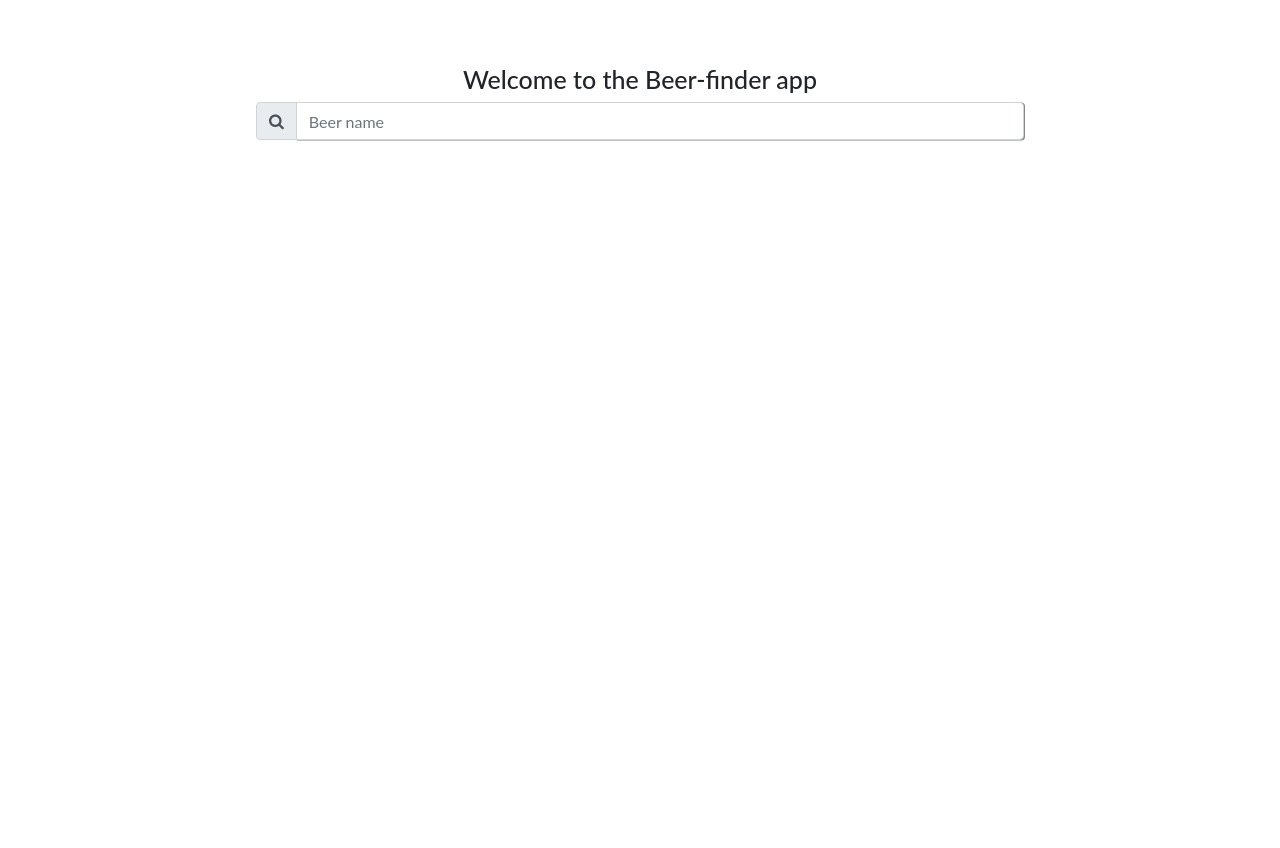
Repository: marcinszymaszek/beer-finder
Page: /
An editor plug-in stored every save of this project. The page is shown before and after the next save, followed by the edit.
The browser window is 1280 px wide. The pictures show the whole page.
The project was rebuilt for these pictures with package versions that can differ from the ones it lists, and the page was loaded fresh each time. Also part of the build but not shown: src/components/beers/Beers.css.

Above is the page before, as saved 2020-05-24 17:53:38.

### public/index.html
<!DOCTYPE html>
<html lang="en">
  <head>
    <meta charset="utf-8" />
    <link rel="icon" href="%PUBLIC_URL%/favicon.ico" />
    <link rel="stylesheet" href="https://stackpath.bootstrapcdn.com/font-awesome/4.7.0/css/font-awesome.min.css">
    <meta name="viewport" content="width=device-width, initial-scale=1" />
    <meta name="theme-color" content="#000000" />
    <meta
      name="description"
      content="Web site created using create-react-app"
    />
    <link rel="apple-touch-icon" href="%PUBLIC_URL%/logo192.png" />
    <!--
      manifest.json provides metadata used when your web app is installed on a
      user's mobile device or desktop. See https://developers.google.com/web/fundamentals/web-app-manifest/
    -->
    <link rel="manifest" href="%PUBLIC_URL%/manifest.json" />
    <!--
      Notice the use of %PUBLIC_URL% in the tags above.
      It will be replaced with the URL of the `public` folder during the build.
      Only files inside the `public` folder can be referenced from the HTML.

      Unlike "/favicon.ico" or "favicon.ico", "%PUBLIC_URL%/favicon.ico" will
      work correctly both with client-side routing and a non-root public URL.
      Learn how to configure a non-root public URL by running `npm run build`.
    -->
    <title>Beer-finder App</title>
  </head>
  <body>
    <noscript>You need to enable JavaScript to run this app.</noscript>
    <div id="root"></div>
    <!--
      This HTML file is a template.
      If you open it directly in the browser, you will see an empty page.

      You can add webfonts, meta tags, or analytics to this file.
      The build step will place the bundled scripts into the <body> tag.

      To begin the development, run `npm start` or `yarn start`.
      To create a production bundle, use `npm run build` or `yarn build`.
    -->
  </body>
</html>

### src/index.js
import React from 'react';
import ReactDOM from 'react-dom';
import './index.css';
import App from './components/main/App';
import * as serviceWorker from './serviceWorker';
import 'bootstrap/dist/css/bootstrap.min.css';

ReactDOM.render(
  <React.StrictMode>
    <App />
  </React.StrictMode>,
  document.getElementById('root')
);

// If you want your app to work offline and load faster, you can change
// unregister() to register() below. Note this comes with some pitfalls.
// Learn more about service workers: https://bit.ly/CRA-PWA
serviceWorker.unregister();

### src/components/main/App.js
import React from 'react';
import './App.css';
import Search from '../search/Search'


const App = () => {

  return (
    <div className="main-container">
      <Search />
    </div>
  );
}

export default App;

### src/components/main/App.css
.main-container {
  font-family: Lato, sans-serif;
  font-size: 1.5em;
  height: 100vh;
  line-height: 20px;
  font-size: 1.3rem;
  text-align: center;
  margin: 5% 20%;
}


.app-title{
  line-height: normal;
  font-size: 25px;
}

@media (max-width: 790px)  {
  .main-container  {
    font-size: 1.2em;
  }
}

@media (max-width: 580px)  {
  .main-container  {
    height: auto;
    margin-bottom: 20%;
    margin-left: 15%;
    margin-right: 15%;
  }
}

### src/components/search/Search.js
import React, { useState } from 'react';
import './Search.css';
import axios from 'axios';
import Pagination from '../pagination/Pagination';
import Beers from '../beers/Beers';
import Form from '../form/Form';
import Loader from '../../loader.gif';

const Search = () => {

    const [query, setQuery] = useState('');
    const [beers, setBeers] = useState([]);
    const [loading, setLoading] = useState(false);
    const [message, setMessage] = useState('');

    const [currentPage, setCurrentPage] = useState(1);
    const [beersPerPage, setBeersPerPage] = useState(10);


    const fetchSearchBeers = (updatedPageNo = '', query) => {
        let cancel = "";
        const pageNumber = updatedPageNo ? `&per_page=${updatedPageNo}` : '';
        const searchUrl = `https://api.punkapi.com/v2/beers?beer_name=${query}${pageNumber}`;
        if (cancel) {
            cancel.cancel();
        }
        cancel = axios.CancelToken.source();
        axios.get(searchUrl, {
            cancelToken: cancel.token
        })
            .then((res) => {
                const resultNotFoundMsg = !res.data.length
                    ? 'There are no more search beers. Please try a new search..'
                    : '';
                setMessage(resultNotFoundMsg);
                setLoading(false);
                setBeers(res.data);
            })
            .catch((error) => {
                if (axios.isCancel(error) || error) {
                    setLoading(false);
                    setMessage('Failed to fetch beers.Please check network..');
                }
            });
    };


    const handleOnInputChange = (event) => {
        const query = event.target.value;
        if (!query) {
            setBeers([]);
            setMessage("");
        } else {
            setQuery(query);
            setLoading(true);
            setMessage("");
            fetchSearchBeers(80, query);
        }
    };

    // Get current beers
    const indexOfLastBeer = currentPage * beersPerPage;
    const indexOfFirstBeer = indexOfLastBeer - beersPerPage;
    const currentBeers = beers.slice(indexOfFirstBeer, indexOfLastBeer);

    //Change page
    const paginate = pageNumber => setCurrentPage(pageNumber);


    return (
        <>
            <div className="inline-container">
                <h1 className="app-title">Welcome to the Beer-finder app</h1>
                <Form handleOnInputChange={handleOnInputChange} query={query} />
            </div>
            <Beers currentBeers={currentBeers} />
            <Pagination beersPerPage={beersPerPage}
                totalBeers={beers.length}
                paginate={paginate}
            />

            {message && <p className="message">{message}</p>}

            <img src={Loader} className={`search-loading ${loading ? 'show' : 'hide'}`} alt="loader" />

        </>
    )
}

export default Search;

### src/components/search/Search.css
.inline-container {
    flex-flow: wrap;
    align-content: center;
    align-items: stretch;
    justify-content: space-around;
}

/*Loader*/
.search-loading {
    position: absolute;
	left: 0;
	right: 0;
	margin: auto;
}

/*Show and hide*/
.show {
	display: inline-block;
}.hide {
	display: none;
}


@media (max-width: 790px)  {
    .inline-container {
        justify-content: space-evenly;
    }
}

### src/components/pagination/Pagination.js
import React from "react";
import './Pagination.css';

const Pagination = ({ beersPerPage, totalBeers, paginate }) => {
    const beerNumbers = [];

    for (let i = 1; i <= Math.ceil(totalBeers / beersPerPage); i++) {
        beerNumbers.push(i);
    }

    return (
        <nav>
            <ul className="pagination" id="beer-list-pagination">
                {beerNumbers.map(number => (
                    <li key={number} className="page-item">
                        <a  href="!#" className="page-link">
                            {number}
                        </a>
                    </li>
                ))}
            </ul>
        </nav>
    )
}


export default Pagination;

### src/components/beers/Beers.js
import React from "react";
import './Beers.css';

const Beers = ({ currentBeers }) => {

    const renderSearchBeers = () => {
        if (Object.keys(currentBeers).length && currentBeers.length) {
            return (
                <div className="image-container">
                    {currentBeers.map((beer) => {
                        return (
                            <div key={beer.id}>
                                <img className="beer-img" src={beer.image_url} alt={beer.name} />
                                <h2 id="beer-title">{beer.name}</h2>
                            </div>
                        );
                    })}
                </div>
            );
        }
    };


    return (
        <>
            {renderSearchBeers()}
        </>
    )
}


export default Beers;

### src/components/form/Form.js
import React from "react";
import './Form.css';

const Form = ({ handleOnInputChange, query }) => {


    return (

        <div className="input-group">
            <div className="input-group-prepend">
                <span className="input-group-text" id="basic-addon">
                    <i className="fa fa-search prefix"></i>
                </span>
            </div>
            <input
                className="form-control"
                type="text"
                placeholder="Beer name"
                value={query}
                onChange={event => handleOnInputChange(event)}
            />
        </div>

    );

};

export default Form;

### src/components/pagination/Pagination.css
#beer-list-pagination{
    display: inline-flex;
    align-items: center;
}

### src/components/form/Form.css
input {
    width: 40%;
    margin: 10px;
    padding: 18px 10px;
    border-radius: 4px;
    border: 1px solid #4e5766;
    box-shadow: 1px 0.5px #888888;
    font-size: 18px;
}

@media (max-width: 790px)  {
    input {
        width: 80%;
    }
}

@media (max-width: 580px)  {
    input {
        width: 100%;
        margin: 20px 0px;
        padding: 18px 10px;
    }
  }

Loaded but not shown: src/index.css (common file); src/serviceWorker.js (common file)

After the next save:
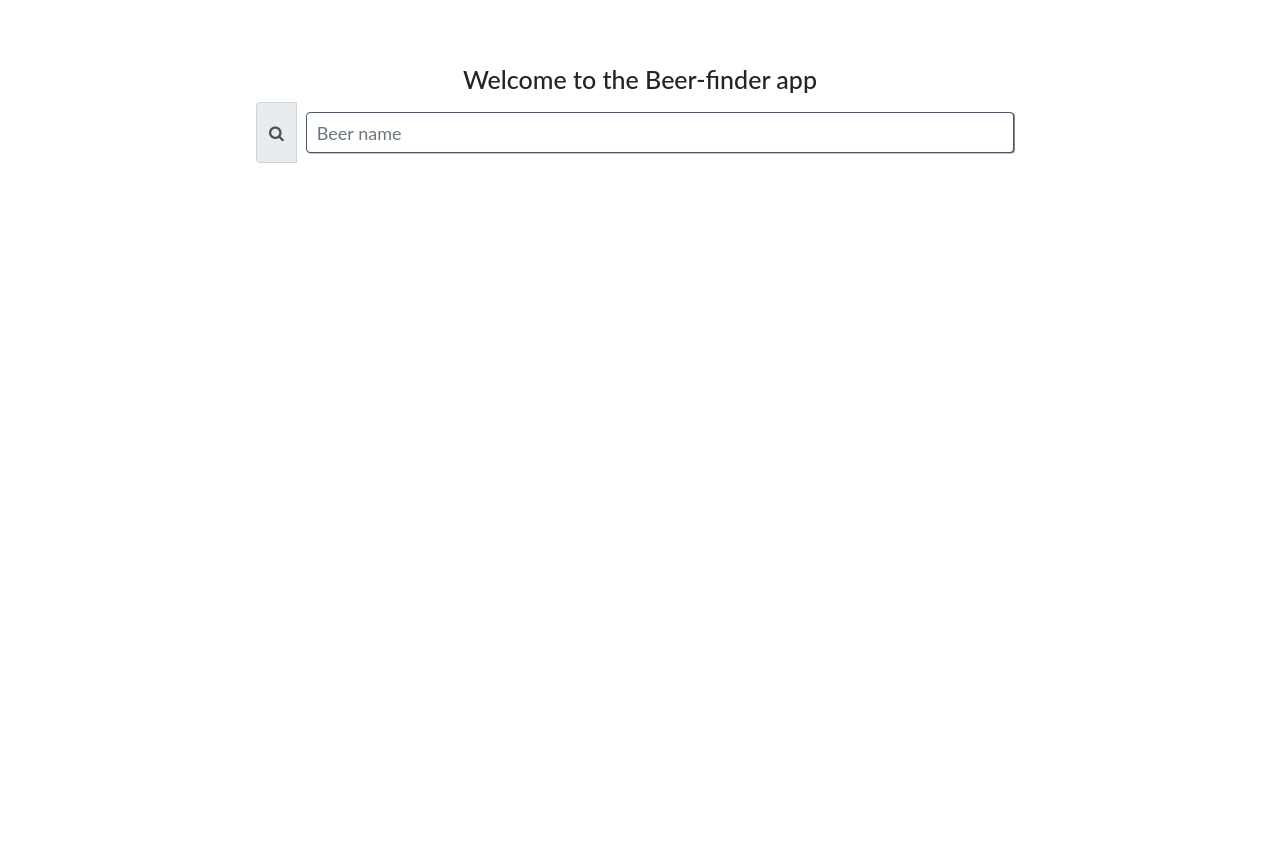
Saved 83 s later.
--- a/src/components/form/Form.js
+++ b/src/components/form/Form.js
@@ -14,6 +14,7 @@ const Form = ({ handleOnInputChange, query }) => {
             </div>
             <input
                 className="form-control"
+                id="beer-form-input"
                 type="text"
                 placeholder="Beer name"
                 value={query}
--- a/src/components/form/Form.css
+++ b/src/components/form/Form.css
@@ -1,4 +1,4 @@
-input {
+#beer-form-input {
     width: 40%;
     margin: 10px;
     padding: 18px 10px;
@@ -9,13 +9,13 @@ input {
 }
 
 @media (max-width: 790px)  {
-    input {
+    #beer-form-input {
         width: 80%;
     }
 }
 
 @media (max-width: 580px)  {
-    input {
+    #beer-form-input {
         width: 100%;
         margin: 20px 0px;
         padding: 18px 10px;
